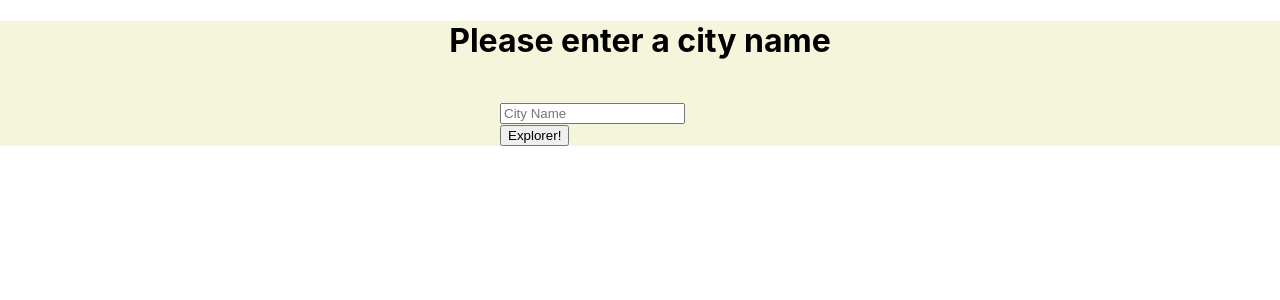
Repository: Razan-am/city-explorer-api-front
Page: /
These files come from the project's save history. The page is drawn as it stood at one moment and after the next save; the edit follows.
The browser window is 1280 px wide. The pictures show the whole page.
The project was rebuilt for these pictures with package versions that can differ from the ones it lists, and the page was loaded fresh each time. Also part of the build but not shown: src/components/Weather.js.

Above is the page before, as saved 2021-07-09 22:55:36.

After the next save:
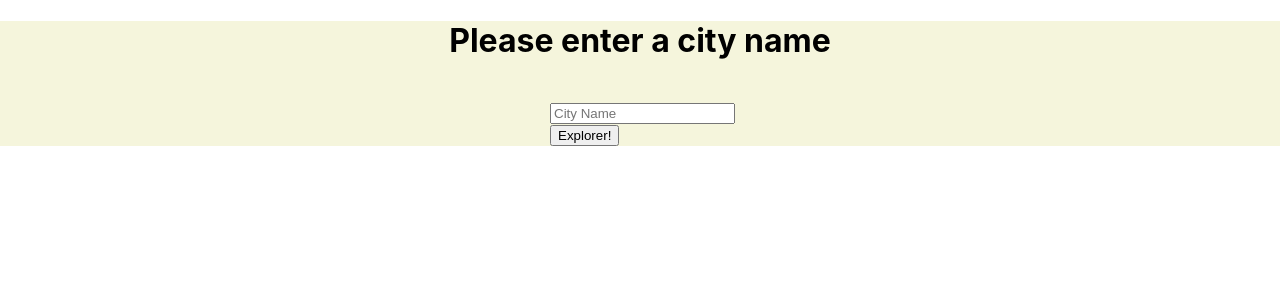
Saved 7 s later.
--- a/src/App.js
+++ b/src/App.js
@@ -71,7 +71,7 @@ class App extends Component {
         <AlertMessage
           alert={this.state.alert}
           error={this.state.error} />
-        <form onSubmit={this.handlerSubmit} style={{ marginLeft: '500px', paddingTop: '20px', marginButton: '20px', display: 'block', width: '50px' }}>
+        <form onSubmit={this.handlerSubmit} style={{ marginLeft: '550px', paddingTop: '20px', marginButton: '20px', display: 'block', width: '50px' }}>
           <input type='text' placeholder='City Name' onChange={(e) => { this.handlerData(e) }} />
           <button >Explorer!</button>
         </form>
